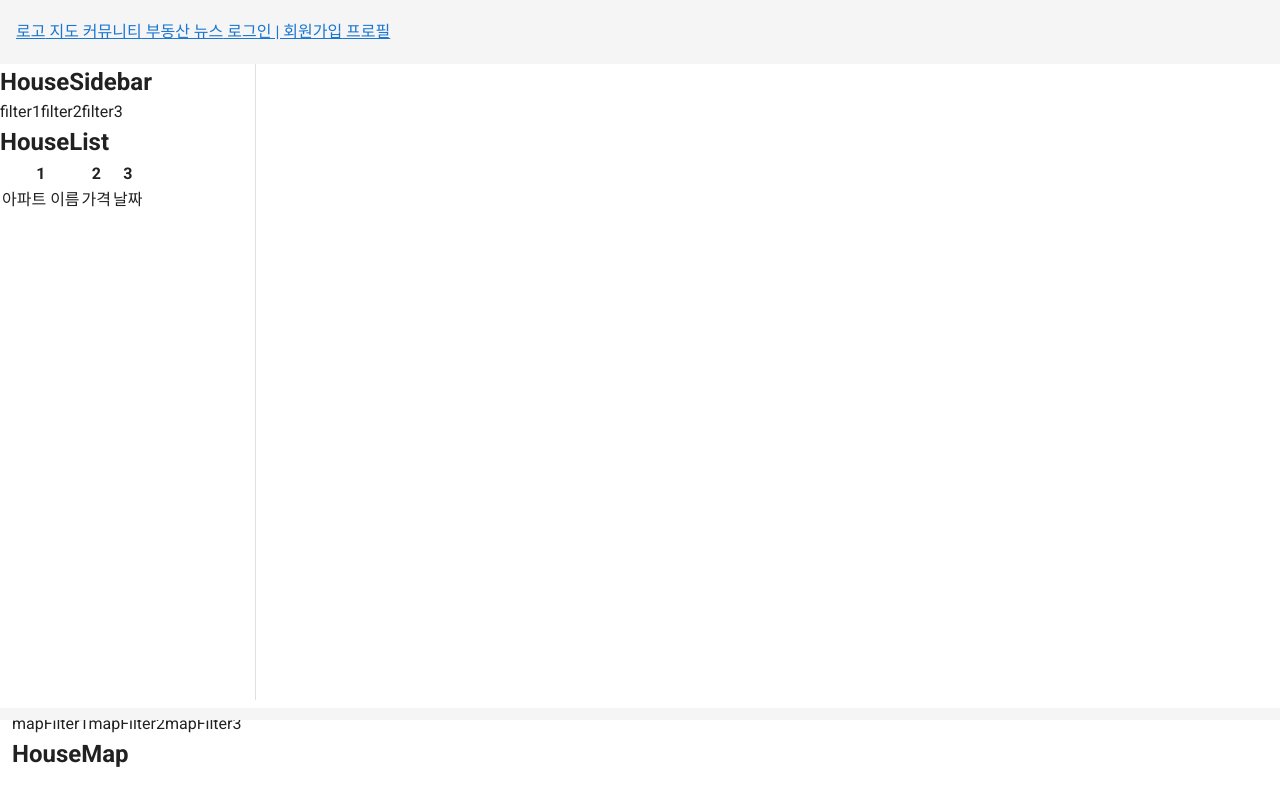
Repository: misso88/vue-whereIsMyHome
Page: /map
The author's editor kept a copy of each file at every save. The page is drawn from the files as they stood at one save, then again after the next save.
The browser window is 1280 px wide. The pictures show the whole page.
The project was rebuilt for these pictures with package versions that can differ from the ones it lists, and the page was loaded fresh each time. Also part of the build but not shown: vue.config.js, src/views/AppMain.vue, src/views/AppNews.vue.

Above is the page before, as saved 2022-11-16 10:19:02.

### public/index.html
<!DOCTYPE html>
<html lang="en">
  <head>
    <meta charset="utf-8" />
    <meta http-equiv="X-UA-Compatible" content="IE=edge" />
    <meta name="viewport" content="width=device-width,initial-scale=1.0" />
    <link rel="icon" href="<%= BASE_URL %>favicon.ico" />
    <title><%= htmlWebpackPlugin.options.title %></title>
    <link
      rel="stylesheet"
      href="https://fonts.googleapis.com/css?family=Roboto:100,300,400,500,700,900"
    />
    <link
      rel="stylesheet"
      href="https://cdn.jsdelivr.net/npm/@mdi/font@latest/css/materialdesignicons.min.css"
    />
    <link
      rel="stylesheet"
      href="https://fonts.googleapis.com/css?family=Roboto:100,300,400,500,700,900"
    />
    <link
      rel="stylesheet"
      href="https://cdn.jsdelivr.net/npm/@mdi/font@latest/css/materialdesignicons.min.css"
    />
    <!-- <style>
      html{
        overflow-y: hidden !important;
      }
    </style> -->
  </head>
  <body>
    <noscript>
      <strong
        >We're sorry but <%= htmlWebpackPlugin.options.title %> doesn't work properly without
        JavaScript enabled. Please enable it to continue.</strong
      >
    </noscript>
    <div id="app"></div>
    <!-- built files will be auto injected -->
  </body>
</html>

### src/App.vue
<template>
  <v-app>
    <v-app-bar app elevation="0" >
      <the-header></the-header>
    </v-app-bar>
    <v-main>
      <router-view></router-view>
    </v-main>
    <v-footer app></v-footer>
  </v-app>
</template>

<script>
import TheHeader from "@/components/layout/TheHeader";

export default {
  name: "App",
  components: {
    TheHeader,
  },
};
</script>

### src/router/index.js
import Vue from 'vue'
import VueRouter from 'vue-router'

import AppMain from '@/views/AppMain'
import AppHouse from '@/views/AppHouse'
// import AppCommunity from '@/views/AppCommunity'
import AppNews from '@/views/AppNews'
// import AppMember from '@/views/AppMember'


Vue.use(VueRouter)

const routes = [
  {
    path: '/',
    name: 'main',
    component: AppMain
  },
  {
    path: '/map',
    name: 'map',
    component: AppHouse
  },
  {
    path: '/community',
    name: 'community',
    component: () => import("@/views/AppCommunity"),
    redirect: "/community/list",
    children: [
      {
        path: "list",
        name: "boardlist",
        component: () => import("@/components/board/BoardList")
      },
    ]
  },
  {
    path: '/news',
    name: 'news',
    component: AppNews
  },
  {
    path: '/member',
    name: 'member',
    component: () => import("@/views/AppMember"),
    children: [
      {
        path: "login",
        name: "login",
        component: () => import("@/components/member/MemberLogin")
      },
      {
        path: "join",
        name: "join",
        component: () => import("@/components/member/MemberJoin")
      },
    ]
  },
  {
    path: "/profile",
    name: "profile",
    component: () => import("@/views/TempProfile"),
    children: [
      {
        path: "mypage",
        name: "mypage",
        component: () => import("@/components/profile/ProfileMypage")
      },
      {
        path: "wishlist",
        name: "wishlist",
        component: () => import("@/components/profile/ProfileWishlist")
      },
      {
        path: "notice",
        name: "notice",
        component: () => import("@/components/profile/ProfileNotice")
      },
      {
        path: "helpcenter",
        name: "helpcenter",
        component: () => import("@/components/profile/ProfileHelpcenter")
      },
    ]
  },
]

const router = new VueRouter({
  mode: 'history',
  base: process.env.BASE_URL,
  routes
})

export default router

### src/store/index.js
import Vue from 'vue'
import Vuex from 'vuex'
import createPersistedState from "vuex-persistedstate";

Vue.use(Vuex)

export default new Vuex.Store({
  state: {
    type: null,
  },
  getters: {
  },
  mutations: {
    SET_TYPE (state, type) {
      state.type = type;
    },
  },
  actions: {
  },
  modules: {},
  plugins: [
    createPersistedState({
      // 브라우저 종료시 제거하기 위해 localStorage가 아닌 sessionStorage로 변경. (default: localStorage)
      storage: sessionStorage,
    }),
  ],

})

### src/components/layout/TheHeader.vue
<template>
  <div>
    <router-link :to="{ name: 'main' }" > 로고</router-link>
    <router-link :to="{ name: 'map'}" > 지도</router-link>
    <router-link :to="{ name: 'community'}" > 커뮤니티</router-link>
    <router-link :to="{ name: 'news'}" > 부동산 뉴스</router-link>
    <router-link :to="{ name: 'login'}" > 로그인 | 회원가입</router-link>
    <router-link :to="{ name: 'profile'}" > 프로필</router-link>
  </div>
</template>

<script>
export default {
    name: "TheHeader",
    data() {
        return {};
    }
}
</script>

<style>

</style>

### src/views/AppHouse.vue
<template>
  <v-app>
    <v-navigation-drawer permanent clipped>
      <house-sidebar></house-sidebar>
    </v-navigation-drawer>
    <v-container fluid>
      <house-map></house-map>
    </v-container>
  </v-app>
</template>

<script>
import HouseSidebar from "@/components/house/sidebar/HouseSidebar";
import HouseMap from "@/components/house/map/HouseMap";

export default {
  name: "AppHouse",
  components: {
    HouseSidebar,
    HouseMap
  }
};
</script>

<style>

</style>

### src/components/house/sidebar/HouseSidebar.vue
<template>
  <div>
    <h2>HouseSidebar</h2>
    <house-list-filter></house-list-filter>
    <house-list></house-list>
  </div>
</template>

<script>
import HouseList from "@/components/house/sidebar/HouseList";
import HouseListFilter from "@/components/house/sidebar/HouseListFilter";

export default {
    name: "HouseSidebar",
    components: {
        HouseList,
        HouseListFilter
    }
};
</script>

<style>

</style>

### src/components/house/map/HouseMap.vue
<template>
  <div>
    <house-map-filter></house-map-filter>
    <h2>HouseMap</h2>
  </div>
</template>

<script>
import HouseMapFilter from "@/components/house/map/HouseMapFilter";
export default {
    name: "HouseMap",
    components: {
        HouseMapFilter
    }
}
</script>

<style>

</style>

### src/components/house/sidebar/HouseList.vue
<template>
  <div>
    <h2>HouseList</h2>
    <table>
        <thead>
            <th>1</th>
            <th>2</th>
            <th>3</th>
        </thead>
        <house-list-item></house-list-item>
    </table>
    <house-detail></house-detail>
  </div>
</template>

<script>
import HouseListItem from "@/components/house/sidebar/HouseListItem";
export default {
    name: "HouseList",
    components: {
        HouseListItem
    },
};
</script>

<style>

</style>

### src/components/house/sidebar/HouseListFilter.vue
<template>
  <div>
    <button>filter1</button>
    <button>filter2</button>
    <button>filter3</button>
  </div>
</template>

<script>
export default {
    name: "HouseListFilter"
}
</script>

<style>

</style>

### src/components/house/map/HouseMapFilter.vue
<template>
  <div>
    <button>mapFilter1</button>
    <button>mapFilter2</button>
    <button>mapFilter3</button>
  </div>
</template>

<script>
export default {
    name: "HouseMapFilter"
}
</script>

<style>

</style>

### src/components/house/sidebar/HouseListItem.vue
<template>
  <tr>
    <td>아파트 이름</td>
    <td>가격</td>
    <td>날짜</td>
  </tr>
</template>

<script>
    export default {
        name: "HouseListItem",
    }
</script>

<style>

</style>

Loaded but not shown: src/main.js (common file); src/plugins/vuetify.js (common file)

After the next save:
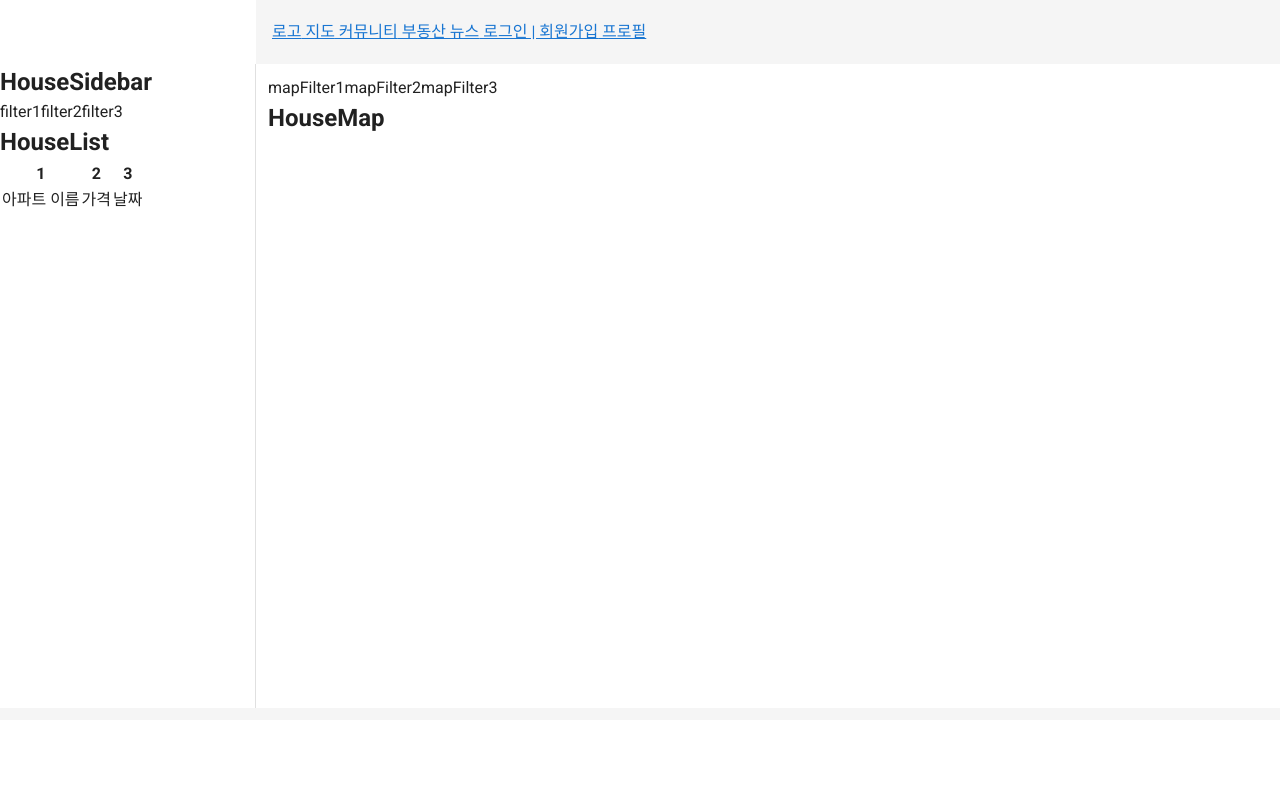
Saved 15 s later.
--- a/src/views/AppHouse.vue
+++ b/src/views/AppHouse.vue
@@ -1,6 +1,6 @@
 <template>
   <v-app>
-    <v-navigation-drawer permanent clipped>
+    <v-navigation-drawer app permanent clipped>
       <house-sidebar></house-sidebar>
     </v-navigation-drawer>
     <v-container fluid>
